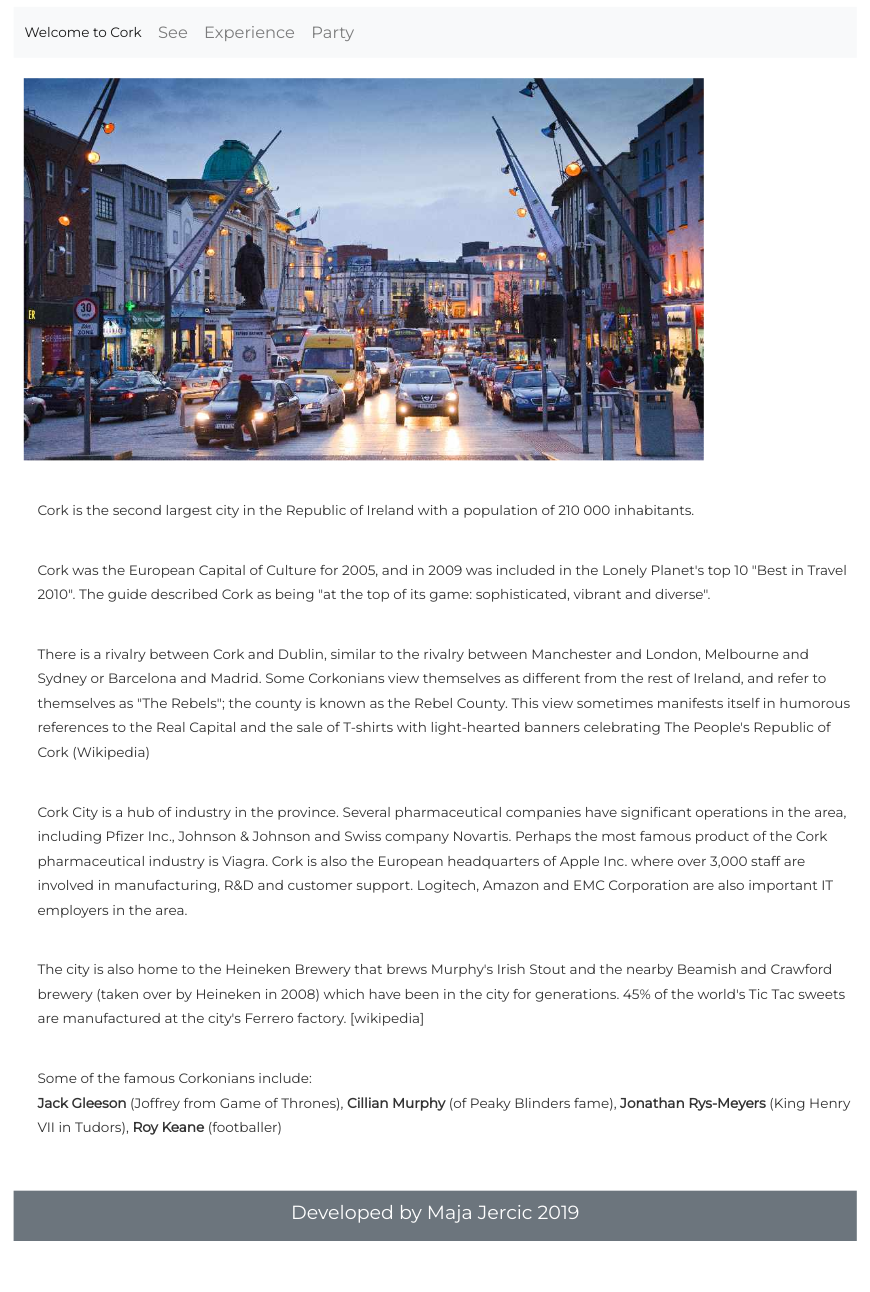
Repository: Maja-Jer/Welcome-to-Cork
Page: index.html
The author's editor kept a record of every edit. The page is drawn from the files as they stood at one moment, then again after the next edit.
The browser window is 1280 px wide. The pictures show the whole page, at 68% of full size.
Some web libraries are served in a nearby version.

Above is the page before.
Console error: TypeError: Cannot read properties of undefined (reading 'fn')

### index.html
<!DOCTYPE html>
<html lang="en">

<head>
    <meta charset="UTF-8">
    <meta name="viewport" content="width=device-width, initial-scale=1">
    <meta http-equiv="X-UA-Compatible" content="ie=edge">
    <link rel="stylesheet" href="https://stackpath.bootstrapcdn.com/bootstrap/4.3.1/css/bootstrap.min.css" integrity="sha384-ggOyR0iXCbMQv3Xipma34MD+dH/1fQ784/j6cY/iJTQUOhcWr7x9JvoRxT2MZw1T" crossorigin="anonymous">
    <script src="https://stackpath.bootstrapcdn.com/bootstrap/4.3.1/js/bootstrap.min.js" integrity="sha384-JjSmVgyd0p3pXB1rRibZUAYoIIy6OrQ6VrjIEaFf/nJGzIxFDsf4x0xIM+B07jRM" crossorigin="anonymous"></script>
    <link rel="stylesheet" href="https://use.fontawesome.com/releases/v5.6.1/css/all.css" integrity="sha384-gfdkjb5BdAXd+lj+gudLWI+BXq4IuLW5IT+brZEZsLFm++aCMlF1V92rMkPaX4PP" crossorigin="anonymous">
    <link href="https://fonts.googleapis.com/css?family=Montserrat" rel="stylesheet">
    <link rel="stylesheet" href="assets/style.css" type="text/css" />
    <title>Welcome to Cork, the REAL capital of Ireland</title>
</head>

<body>

    <!---------------Navgation-------->
    <nav class="navbar navbar-light bg-light navbar-expand-sm">
        <a href="/" class="navbar-brand">Welcome to Cork</a>

        <!---------------Dropdown menu-------->
        <button class="navbar-toggler ml-auto" type="button" data-toggle="collapse" data-target="#navbarNavDropdown" aria-controls="navbarNavDropdown" aria-expanded="false" aria-label="Toggle navigation">
        <span class="navbar-toggler-icon"></span></button>

        <div class="collapse navbar-collapse" id="navbarNavDropdown">
            <ul class="navbar-nav mr-auto">
                <li class="nav-item mr-2"><a class="nav-link" href="#see">See</a></li>
                <li class="nav-item mr-2"><a class="nav-link" href="#experience">Experience</a></li>
                <li class="nav-item mr-2"><a class="nav-link" href="#party">Party</a></li>

            </ul>
        </div>

    </nav>

    <!--------------- Main photo -------->
    <div class="main-container">
        <div class="row main-photo">
            <img class="img-fluid" src="assets/photos/patrick_street.jpg" class="center" alt="Cork City">
        </div>




        <!--------------- About Cork -------->

    <div class="container-fluid" id="container-about-cork">
        <p class= "description">Cork is the second largest city in the Republic of Ireland with a population of 210 000 inhabitants.</p>
        <br>
        <p>Cork was the European Capital of Culture for 2005, and in 2009 was included in the Lonely Planet's top 10 "Best in Travel 2010". The guide described Cork as being "at the top of its game: sophisticated, vibrant and diverse".
        </p>
        <br>
        <p>There is a rivalry between Cork and Dublin, similar to the rivalry between Manchester and London, Melbourne and Sydney or Barcelona and Madrid. Some Corkonians view themselves as different from the rest of Ireland, and refer to themselves
            as "The Rebels"; the county is known as the Rebel County. This view sometimes manifests itself in humorous references to the Real Capital and the sale of T-shirts with light-hearted banners celebrating The People's Republic of Cork (Wikipedia)
        </p>
        <br>
        <p>Cork City is a hub of industry in the province. Several pharmaceutical companies have significant operations in the area, including Pfizer Inc., Johnson & Johnson and Swiss company Novartis. Perhaps the most famous product of the Cork pharmaceutical
            industry is Viagra. Cork is also the European headquarters of Apple Inc. where over 3,000 staff are involved in manufacturing, R&D and customer support. Logitech, Amazon and EMC Corporation are also important IT employers in the area.
        </p>
        <br>
        <p>The city is also home to the Heineken Brewery that brews Murphy's Irish Stout and the nearby Beamish and Crawford brewery (taken over by Heineken in 2008) which have been in the city for generations. 45% of the world's Tic Tac sweets are manufactured
            at the city's Ferrero factory. [wikipedia]
        </p>
        <br>
        <p>Some of the famous Corkonians include: <br><strong>Jack Gleeson</strong> (Joffrey from Game of Thrones), <strong>Cillian Murphy</strong> (of Peaky Blinders fame), <strong>Jonathan Rys-Meyers</strong> (King Henry VII in Tudors), <strong>Roy Keane</strong>                (footballer)
        </p>
    </div>


     <!--------------- Footer -------->

    <footer class="bg-secondary mt-5 p-3">
        <div class="container-fluid">
            <div class="col-12 text-white">
                <h3>Developed by Maja Jercic 2019</h3>
            </div>
        </div>
    </footer>

    <script src="https://stackpath.bootstrapcdn.com/bootstrap/4.3.1/js/bootstrap.min.js" integrity="sha384-JjSmVgyd0p3pXB1rRibZUAYoIIy6OrQ6VrjIEaFf/nJGzIxFDsf4x0xIM+B07jRM" crossorigin="anonymous"></script>
    <script src="https://code.jquery.com/jquery-3.3.1.slim.min.js" integrity="sha384-q8i/X+965DzO0rT7abK41JStQIAqVgRVzpbzo5smXKp4YfRvH+8abtTE1Pi6jizo" crossorigin="anonymous"></script>
    <script src="https://cdnjs.cloudflare.com/ajax/libs/popper.js/1.14.7/umd/popper.min.js" integrity="sha384-UO2eT0CpHqdSJQ6hJty5KVphtPhzWj9WO1clHTMGa3JDZwrnQq4sF86dIHNDz0W1" crossorigin="anonymous"></script>

</body>


</html>

### assets/style.css
/*----------------------- header*/

head {
  font-family: 'Roboto', sans-serif;
}

body {
  font: 20px Montserrat, sans-serif;
  line-height: 1.8;
  color: #333;
  display: block;
  padding: 10px 20px 75px 20px;


}

/*----------------------navigation bar*/

ul {
  list-style-type: none;
  margin: 0;
  padding: 0;
  overflow: hidden;
  font-weight: normal;
  font-size: 24px;
}

li {
  float: left;
}

navbar-brand {
  color: black;
}

li a {
  display: block;
  color: white;
  text-align: center;
  padding: 14px 16px;
  text-decoration: none;

}

li a:hover {
  background-color: #9FA8DA;
  color: white;
  text-decoration: none;
  font-weight: bold;
}

/*---------------------end of navigation bar*/

.main-container {


}
.container-main-photo {
  max-height: 300px;
  max-width: 80%;

}

/* ---------------------------------- Article*/
.article {
  position: relative;
  vertical-align: top;
  background-color: #fff
  margin-bottom: 1em;
  max-width: 830px;
  padding: 2em 0 0 0;
  text-align: left;
}

.site-photo {
  position: relative;
  text-align: center;
  margin-bottom: 1.6em;
}

.site-description {
  margin: 2em 5% 2em 5%;
  font-size: 1.1em;
  line-height: 1.7;
  color: #333;
}


/* ---------------------------------- Title*/

.title {
  text-align: left;
  padding-left:20px;
}

.title-row {
  padding-top: 20px;
  padding-bottom: 20px;


}
/* ---------------------------------- Containers*/

.center {
  display: block;
  margin-left: auto;
  margin-right: auto;
  width: 50%;
}

.main-photo {
  max-height: 730px;
  max-width: 1160px;
  padding: 30px;
  overflow: auto;
}

.

#container-about-cork {
  font-size: 16px;
  margin: 25px 50px 75px;
  padding: 30px;


}
@media screen and (min-width: 600px) {
#container-about-cork {
  font-size: 20px;
  margin: 25px 20px 75px 20px;
  }
}
@media screen and (max-width: 600px) {
#container-about-cork {
  font-size: 14px;
  margin: 25px 10px 75px 20px;
  }
}

.container-ucc-campus {

}



/*---------------------footer*/

.p-3 {
    padding: 1rem!important;
}

.mt-5, .my-5 {
    margin-top: 3rem!important;

}

.bg-secondary {
    background-color: #6c757d!important;
}

.footer {
  width: 100%;
  margin-right: auto;
  margin-left: auto;
}

.text-white {
  color: #fff!important;
}

.col-12 {
  -ms-flex: 0 0 100%;
  flex: 0 0 100%;
  max-width: 100%;
  text-align: center;
}

After the next edit:
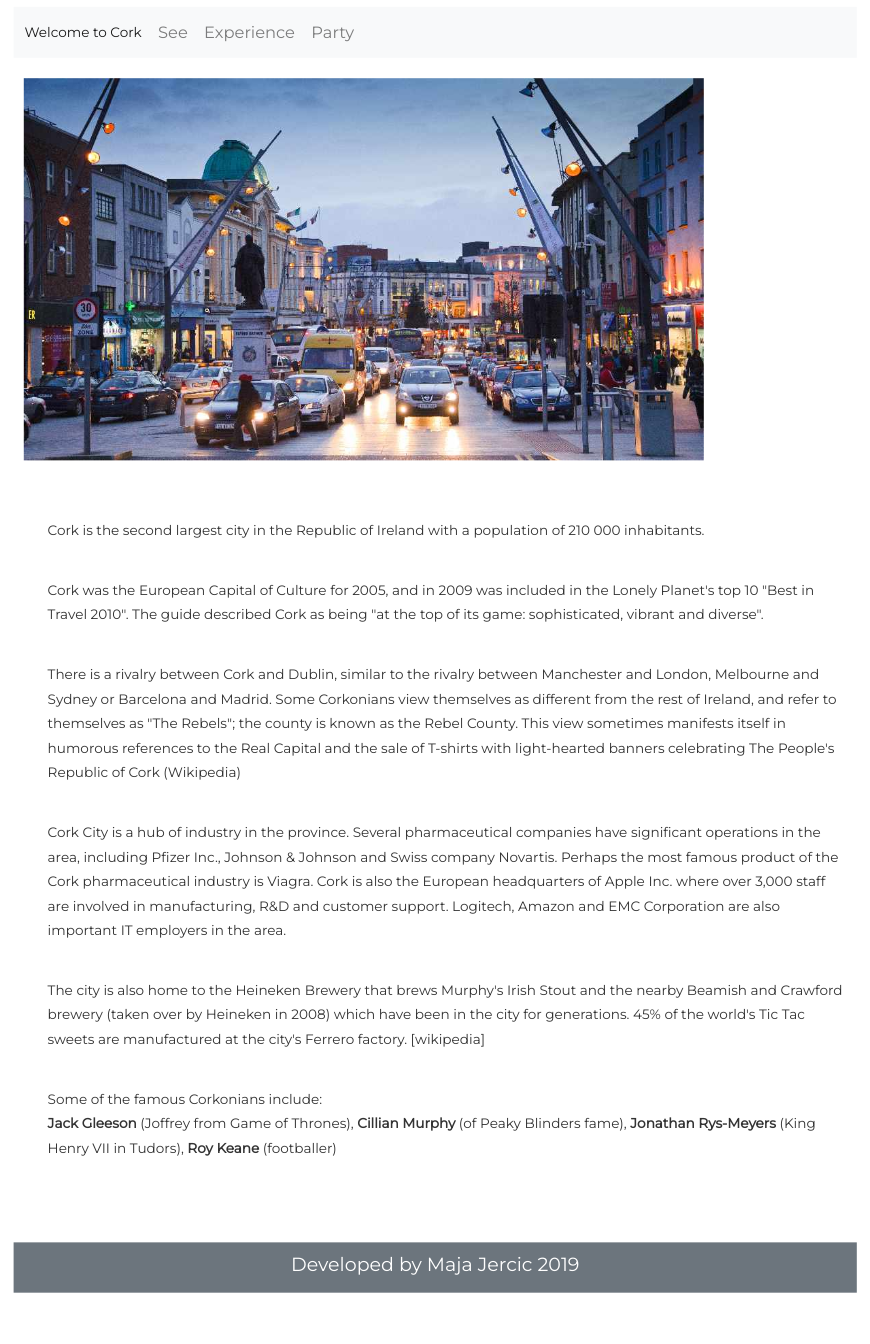
The edit:
--- a/assets/style.css
+++ b/assets/style.css
@@ -115,7 +115,12 @@
   overflow: auto;
 }
 
-.
+.center {
+  display: block;
+  margin-left: auto;
+  margin-right: auto;
+  width: 50%;
+}
 
 #container-about-cork {
   font-size: 16px;
